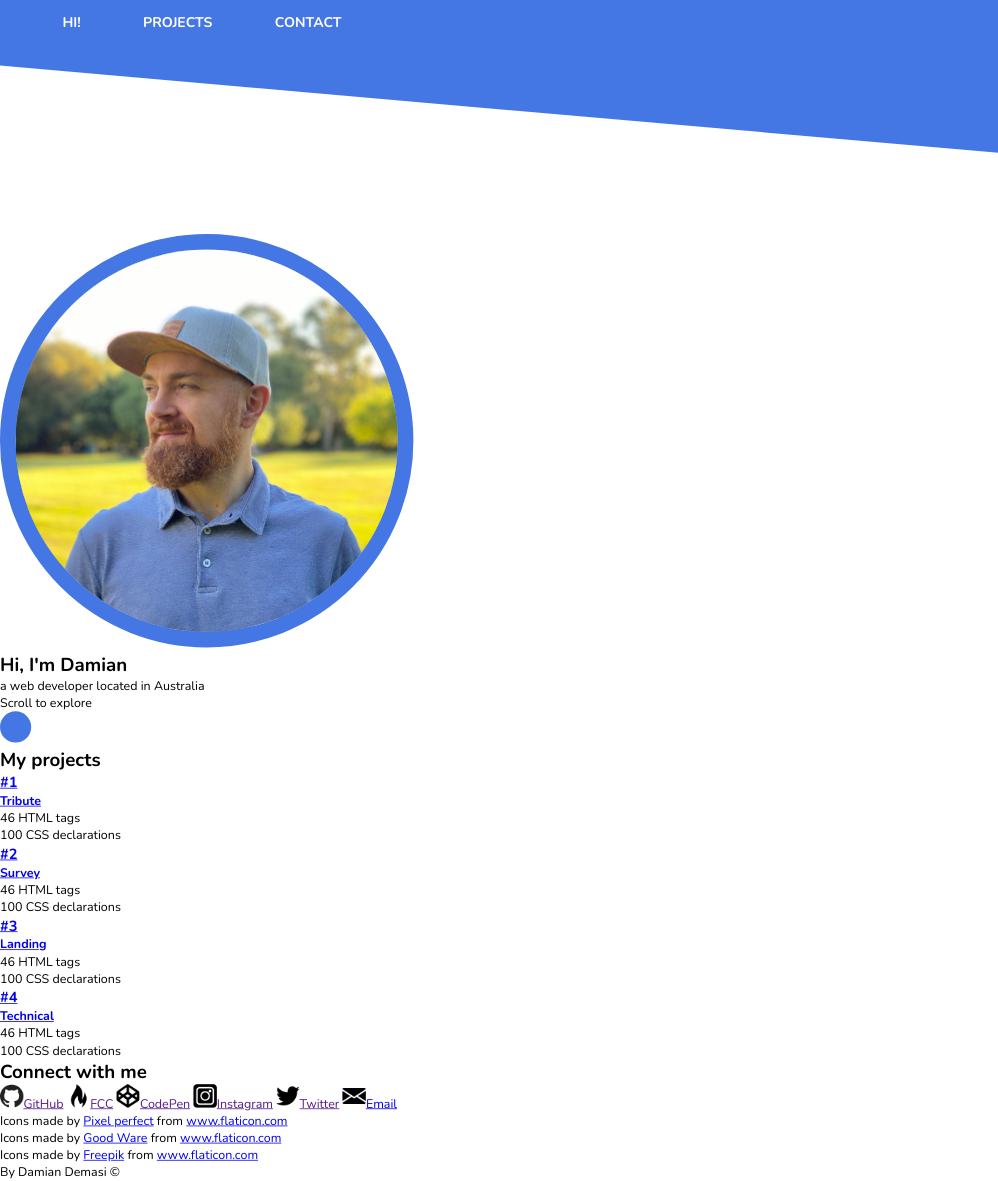
Repository: Colo-Codes/freecodecamp-05-Personal-Portfolio-Webpage
Page: index.html
An editor plug-in stored every save of this project. The page is shown before and after the next save, followed by the edit.
The browser window is 1280 px wide. The pictures show the whole page, at 78% of full size.

Above is the page before, as saved 2021-06-03 11:32:35.

After the next save:
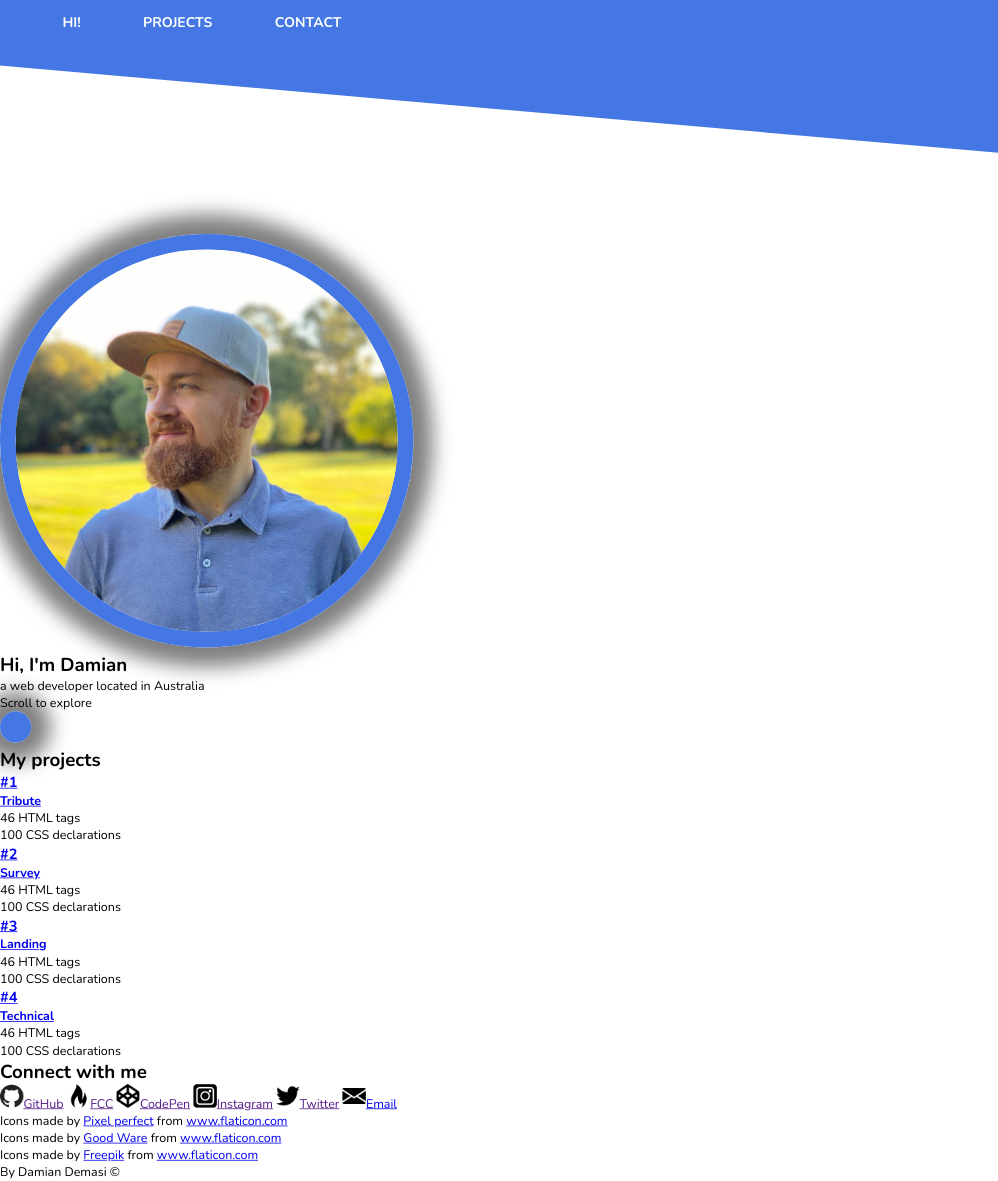
Saved 20 s later.
--- a/css/index.css
+++ b/css/index.css
@@ -58,6 +58,6 @@
 #top-layer img {
     border-radius: 50%;
     border: 20px solid #4477E3;
-    box-shadow: inset 0px 0px 25px 25px rgba(0, 0, 0, 0.5);
+    box-shadow: 0px 0px 25px 25px rgba(0, 0, 0, 0.5);
     max-width: 33.125rem;
 }

After the save that followed:
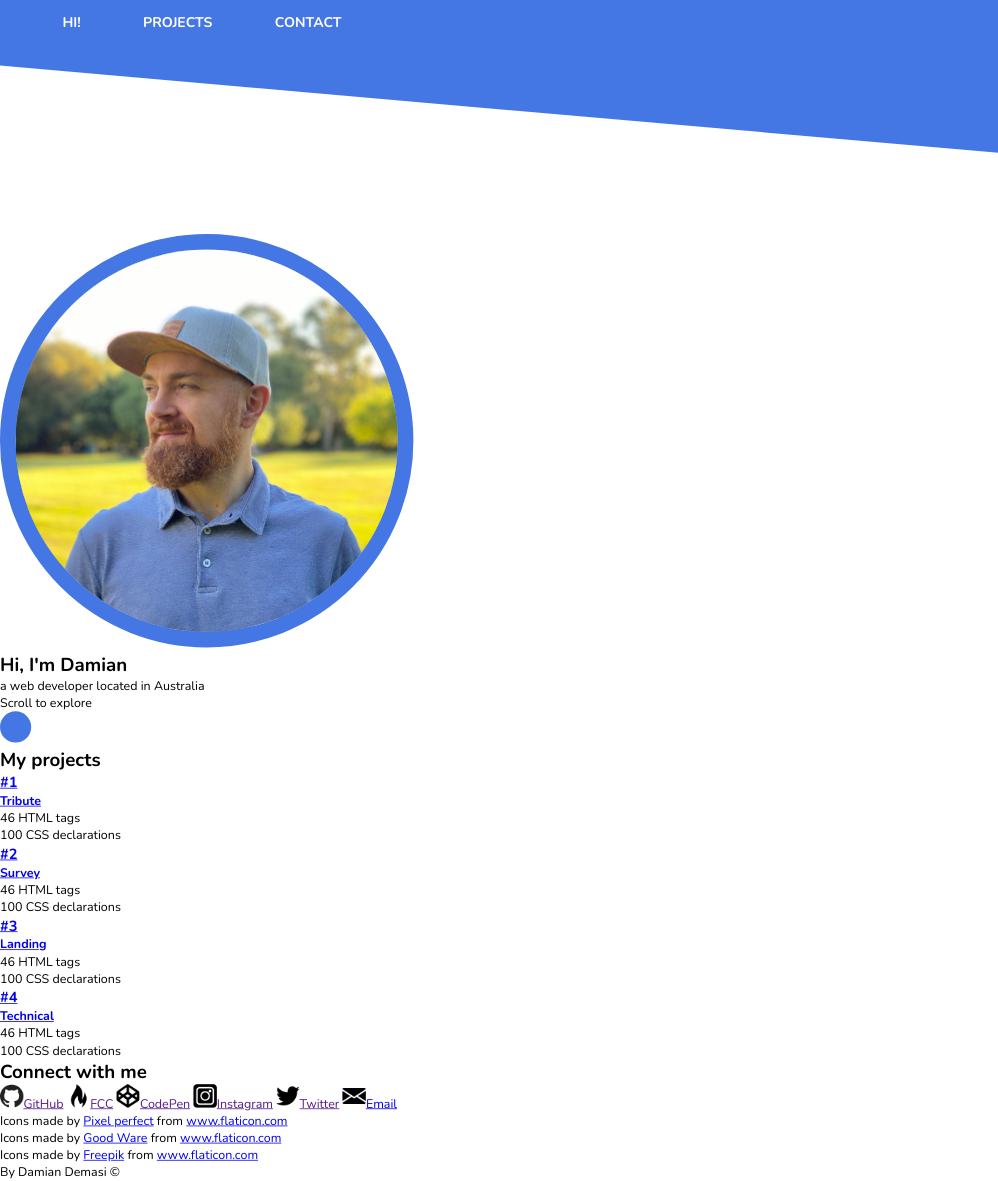
Saved 7 s later.
--- a/css/index.css
+++ b/css/index.css
@@ -58,6 +58,6 @@
 #top-layer img {
     border-radius: 50%;
     border: 20px solid #4477E3;
-    box-shadow: 0px 0px 25px 25px rgba(0, 0, 0, 0.5);
+    box-shadow: inset 0px 0px 25px 25px rgba(0, 0, 0, 0.5);
     max-width: 33.125rem;
 }
